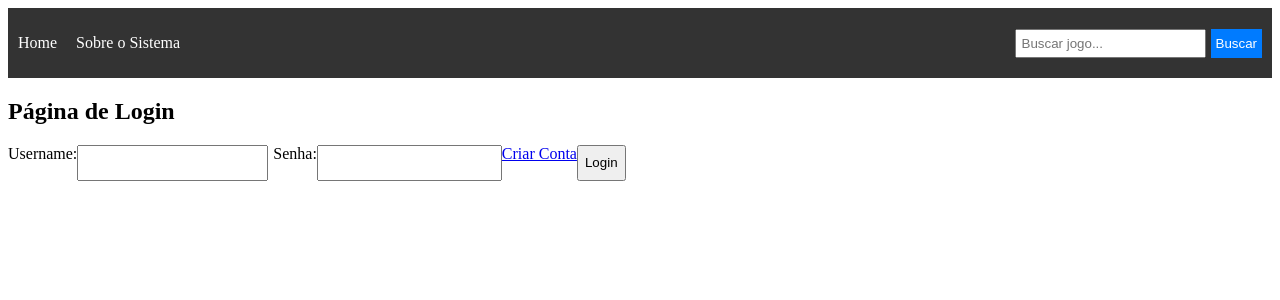
Repository: lucasparila/JogosEletronicos
Page: http://localhost/JogosEletronicos/view/login.jsp
The author's editor kept a copy of each file at every save. The page is drawn from the files as they stood at one save, then again after the next save.
The browser window is 1280 px wide. The pictures show the whole page.
The page is served by Tomcat 9. Other server files are loaded and not shown.

Above is the page before, as saved 2025-05-17 17:53:13.

### JogosEletronicos/src/main/webapp/view/login.jsp
<%@ page contentType="text/html; charset=UTF-8" pageEncoding="UTF-8" %>
<!DOCTYPE html>
<html>
<head>
    <title>Cadastrar Jogo</title>
    <link rel="stylesheet" href="<%= request.getContextPath() %>/css/header.css">
</head>
<body>

<%
    String contextPath = ((HttpServletRequest) request).getContextPath();
%>

    <jsp:include page="header.jsp" />
    <h2 class="titulo-login">Página de Login</h2>

    <form class="form-login" action="<%= request.getContextPath() %>/login" method="post">
        <label>Username:</label>
        <input type="text" name="username" required><br><br> <!-- Correção aqui -->

        <label>Senha:</label>
        <input type="password" name="senha" required><br><br> <!-- Correção aqui -->

        <a href="<%= contextPath %>/view/criar-conta.jsp">Criar Conta</a>
        <input type="submit" value="Login">
    </form>

    <% String mensagem = (String) session.getAttribute("mensagem"); %>
<% if (mensagem != null) { %>
    <p style="color: red;"><%= mensagem %></p>
    <% session.removeAttribute("mensagem"); %> <!-- Remove após exibir -->
<% } %>
</body>
</html>

### JogosEletronicos/src/main/webapp/view/header.jsp
<%@ page contentType="text/html; charset=UTF-8" pageEncoding="UTF-8" %>
<%@ page import="javax.servlet.http.HttpServletRequest" %>
<!DOCTYPE html>
<html>
<head>
    <title>Header</title>
    <link rel="stylesheet" href="<%= request.getContextPath() %>/css/header.css">

</head>


    <%@ page session="true" %>
	<%
    	String username = (String) session.getAttribute("username");
	%>

<%
    String contextPath = ((HttpServletRequest) request).getContextPath();
%>

<header>
    <nav>
        <ul>
            <li><a href="<%= contextPath %>/index.jsp">Home</a></li>
            <li><a href="<%= contextPath %>/view/sobre-sistema.jsp">Sobre o Sistema</a></li>
            <% if (username != null) { %>
        		<li><p>Bem-vindo, <%= username %>!</p></li>
        		<li><a href="logout">Sair</a></li>
    		 } else {
        		<li><a href="<%= contextPath %>/view/login.jsp">Login</a></li>
    		<% } %>

        </ul>
    </nav>

    <!-- Campo de busca -->
    <form action="<%= request.getContextPath() %>/buscar-jogo" method="post">
        <input type="text" name="titulo" placeholder="Buscar jogo..." required>
        <button type="submit">Buscar</button>
    </form>
</header>

</html>

### JogosEletronicos/src/main/webapp/css/header.css
header {
    background-color: #333;
    padding: 10px;
    display: flex;
    justify-content: space-between;
    align-items: center;
}
nav ul {
    list-style: none;
    padding: 0;
}
nav ul li {
    display: inline;
    margin-right: 15px;
}
nav ul li a {
    color: white;
    text-decoration: none;
}
form {
    display: flex;
}
input[type="text"] {
    padding: 5px;
    margin-right: 5px;
}
button {
    padding: 5px;
    background-color: #007bff;
    color: white;
    border: none;
    cursor: pointer;
}

After the next save:
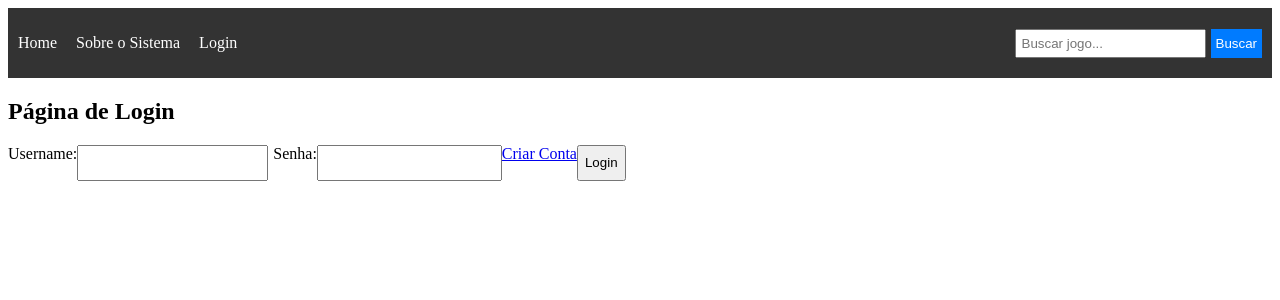
Saved 5 s later.
--- a/JogosEletronicos/src/main/webapp/view/header.jsp
+++ b/JogosEletronicos/src/main/webapp/view/header.jsp
@@ -25,8 +25,8 @@
             <li><a href="<%= contextPath %>/view/sobre-sistema.jsp">Sobre o Sistema</a></li>
             <% if (username != null) { %>
         		<li><p>Bem-vindo, <%= username %>!</p></li>
-        		<li><a href="logout">Sair</a></li>
-    		 } else {
+        		<li><a href="/logout">Sair</a></li>
+    		<% } else { %>
         		<li><a href="<%= contextPath %>/view/login.jsp">Login</a></li>
     		<% } %>
 
